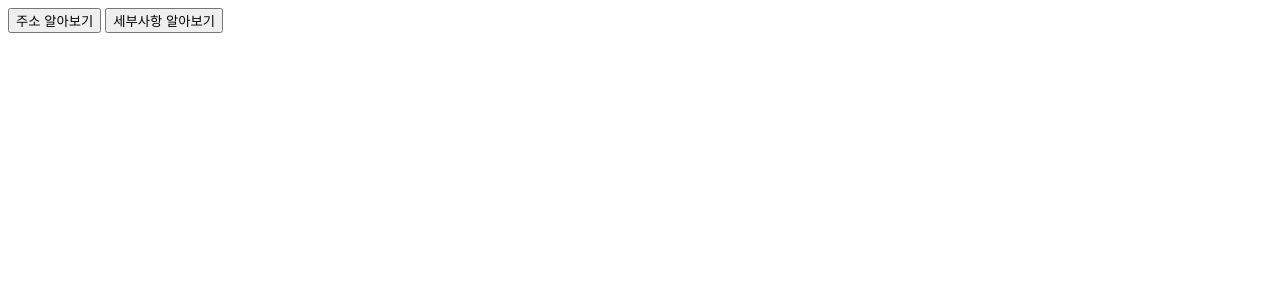
Repository: letzbegin/Study
Page: http://localhost/Javascript/BOM/Ex_02.jsp
These files come from the project's save history. The page is drawn as it stood at one moment and after the next save; the edit follows.
The browser window is 1280 px wide. The pictures show the whole page.
The page is served by Tomcat 9.

Above is the page before, as saved 2018-09-14 07:25:31.

After the next save:
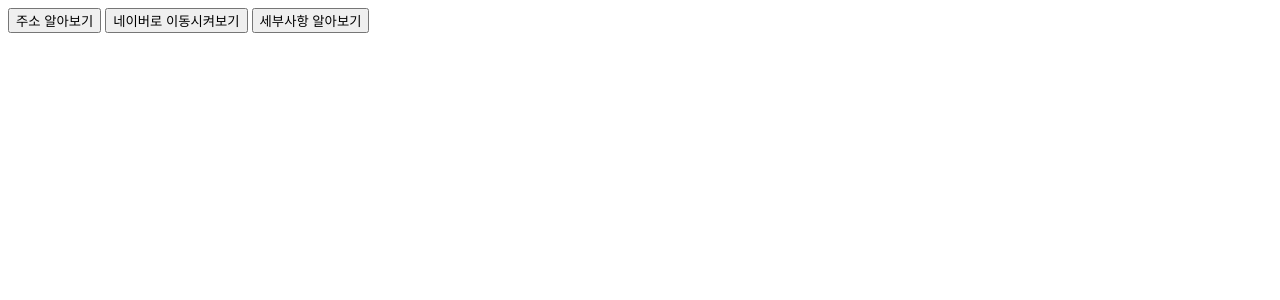
Saved 2 min 59 s later.
--- a/web_javascript/00_ex/Javascript/WebContent/BOM/Ex_02.jsp
+++ b/web_javascript/00_ex/Javascript/WebContent/BOM/Ex_02.jsp
@@ -10,6 +10,7 @@
 
 <!--웹 주소 알아내기  -->
 <input type="button" onclick="alert(location.toString(), location.href);" value="주소 알아보기">
+<input type="button" onclick="alert(location.toString(), location.href);" value="네이버로 이동시켜보기">
 
 
 <!--
